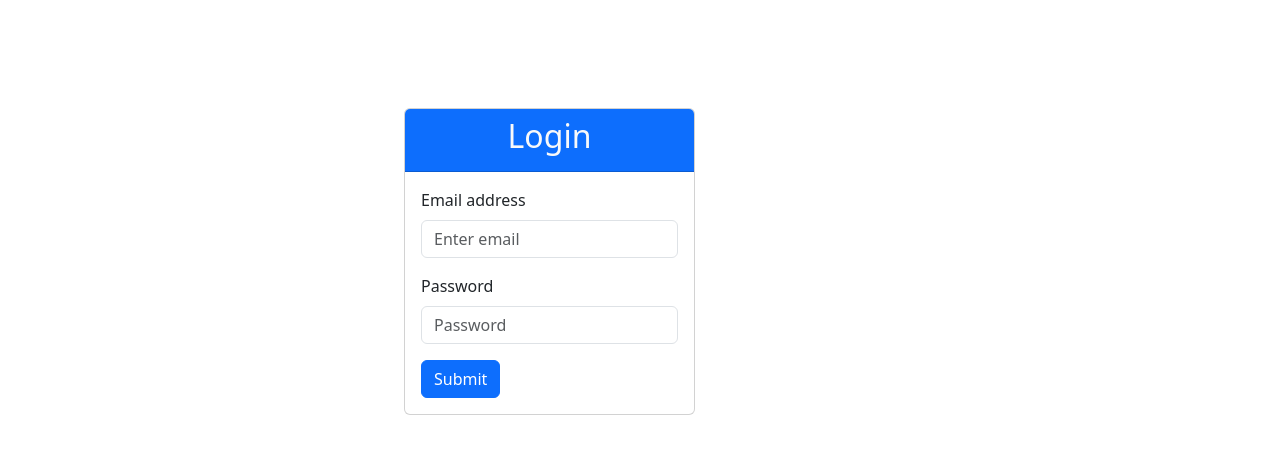
Repository: trider/react-task-app
Page: /
An editor plug-in stored every save of this project. The page is shown before and after the next save, followed by the edit.
The browser window is 1280 px wide. The pictures show the whole page.
The project was rebuilt for these pictures with package versions that can differ from the ones it lists, and the page was loaded fresh each time.

Above is the page before, as saved 2024-05-02 16:14:26.

After the next save:
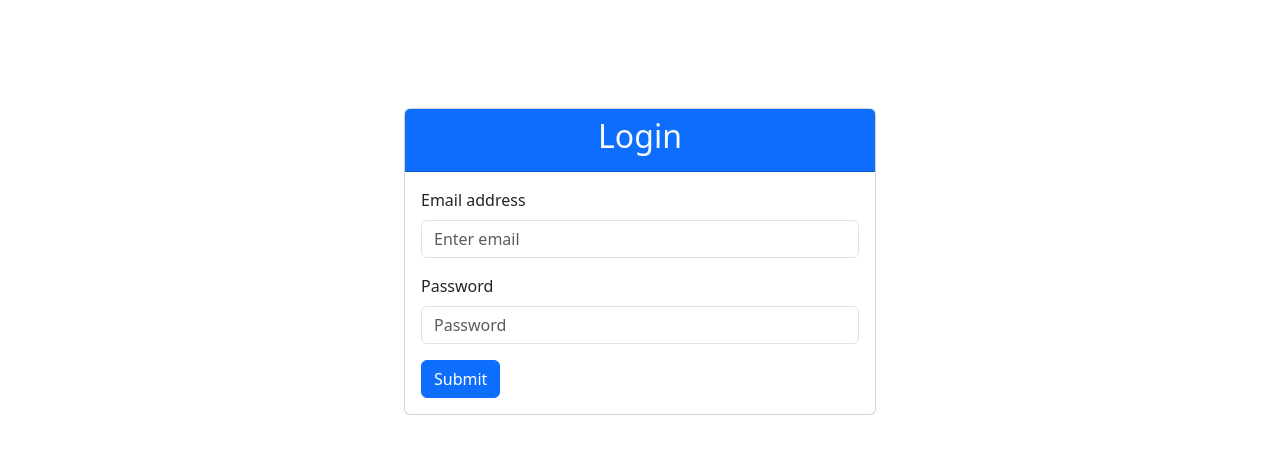
Saved 9 s later.
--- a/src/App.js
+++ b/src/App.js
@@ -11,7 +11,7 @@ import LoginForm from "./pages/Login";
 let App = () => {
   return (
     <div className='mx-auto p-2' style={{marginTop:'100px',width:'40%'}}>
-       <Container fluid className='container-lg d-lg-flex'>
+       <Container fluid>
           <LoginForm />
        </Container>
 
